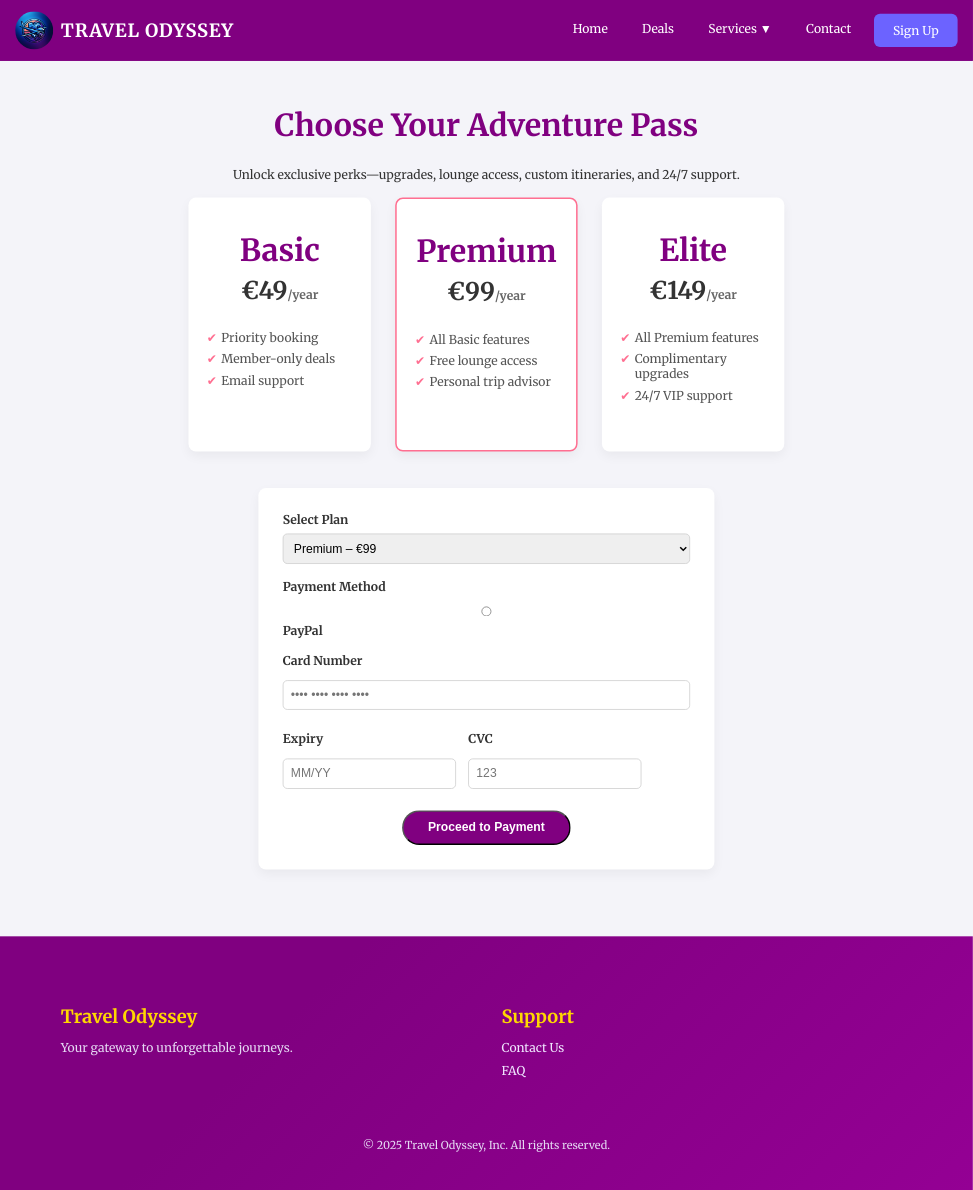
Repository: GHzPhoenix/Project-Odyssey
Page: Frontend/membership.html
An editor plug-in stored every save of this project. The page is shown before and after the next save, followed by the edit.
The browser window is 1280 px wide. The pictures show the whole page, at 76% of full size.

Above is the page before, as saved 2025-06-09 11:53:42.

### Frontend/membership.html
<!DOCTYPE html>
<html lang="en">
  <head>
    <meta charset="UTF-8" />
    <meta name="viewport" content="width=device-width, initial-scale=1.0" />
    <title>Membership – Travel Odyssey</title>

    <link rel="stylesheet" href="/Frontend/css/style.css" />
    <link rel="stylesheet" href="/Frontend/css/membership.css" />
    <link
      href="https://fonts.googleapis.com/css2?family=Merriweather:wght@300;400;700&display=swap"
      rel="stylesheet"
    />
  </head>

  <body>
    <header>
      <nav>
        <div class="logo">
          <img src="/Frontend/assets/your-logo.png" alt="Logo" />
          Travel Odyssey
        </div>
        <button class="menu-toggle" onclick="toggleMenu()">
          <div></div>
          <div></div>
          <div></div>
        </button>
        <ul class="nav-menu">
          <li><a href="index.html">Home</a></li>
          <li><a href="deals.html">Deals</a></li>
          <li class="dropdown-parent">
            <a href="#">Services ▼</a>
            <div class="dropdown">
              <a href="membership.html" class="active">Membership</a>
              <a href="dream.html">Plan Your Trip</a>
              <a href="client-area.html">Client Area</a>
            </div>
          </li>
          <li><a href="contact.html">Contact</a></li>
          <li><a href="signup.html" class="signup-btn">Sign Up</a></li>
        </ul>
      </nav>
    </header>

    <main class="membership-page">
      <h1>Choose Your Adventure Pass</h1>
      <p class="intro">
        Unlock exclusive perks—upgrades, lounge access, custom itineraries, and
        24/7 support.
      </p>
      <br />
      <div class="plans">
        <div class="plan-card">
          <h2>Basic</h2>
          <div class="price">€49<small>/year</small></div>
          <ul>
            <li>Priority booking</li>
            <li>Member-only deals</li>
            <li>Email support</li>
          </ul>
        </div>

        <div class="plan-card featured">
          <h2>Premium</h2>
          <div class="price">€99<small>/year</small></div>
          <ul>
            <li>All Basic features</li>
            <li>Free lounge access</li>
            <li>Personal trip advisor</li>
          </ul>
        </div>

        <div class="plan-card">
          <h2>Elite</h2>
          <div class="price">€149<small>/year</small></div>
          <ul>
            <li>All Premium features</li>
            <li>Complimentary upgrades</li>
            <li>24/7 VIP support</li>
          </ul>
        </div>
      </div>

      <form id="membership-form">
        <div class="form-row">
          <label for="plan-select">Select Plan</label>
          <select id="plan-select" required>
            <option value="Basic">Basic – €49</option>
            <option value="Premium" selected>Premium – €99</option>
            <option value="Elite">Elite – €149</option>
          </select>
        </div>

        <div class="form-row">
          <p>Payment Method</p>
          <label
            ><input type="radio" name="method" value="paypal" /> PayPal</label
          >
        </div>

        <div id="card-fields">
          <div class="form-row">
            <label for="cc-number">Card Number</label>
            <input
              type="text"
              id="cc-number"
              placeholder="•••• •••• •••• ••••"
              required
            />
          </div>
          <div class="form-row two-cols">
            <div>
              <label for="cc-expiry">Expiry</label>
              <input type="text" id="cc-expiry" placeholder="MM/YY" required />
            </div>
            <div>
              <label for="cc-cvc">CVC</label>
              <input type="text" id="cc-cvc" placeholder="123" required />
            </div>
          </div>
        </div>

        <button type="submit" class="join-btn">Proceed to Payment</button>
      </form>
    </main>

    <footer class="footer">
      <div class="footer-container">
        <div class="footer-section">
          <h3>Travel Odyssey</h3>
          <p>Your gateway to unforgettable journeys.</p>
        </div>
        <div class="footer-section">
          <h3>Support</h3>
          <ul>
            <li><a href="contact.html">Contact Us</a></li>
            <li><a href="faq.html">FAQ</a></li>
          </ul>
        </div>
      </div>
      <div class="footer-bottom">
        © 2025 Travel Odyssey, Inc. All rights reserved.
      </div>
    </footer>

    <script>
      function toggleMenu() {
        document.querySelector(".nav-menu").classList.toggle("active");
      }

      document
        .getElementById("membership-form")
        .addEventListener("submit", (e) => {
          e.preventDefault();
          alert("Payment successful! Redirecting to your client area…");
          window.location.href = "client-area.html";
        });
    </script>
  </body>
</html>

### Frontend/css/membership.css
@import url("https://fonts.googleapis.com/css2?family=Merriweather:wght@300;400;700&display=swap");

:root {
  --primary: purple;
  --accent: #ff6f91;
  --text-dark: #333;
  --bg-light: #f4f4f9;
  --white: #fff;
}

* {
  box-sizing: border-box;
  margin: 0;
  padding: 0;
}

body {
  font-family: "Merriweather", serif;
  background: var(--bg-light);
  color: var(--text-dark);
}

main.membership-section {
  padding: 60px 20px;
  max-width: 1200px;
  margin: 0 auto;
  text-align: center;
}

.section-title {
  font-size: 2.4rem;
  margin-bottom: 1.5rem;
  font-weight: 700;
  color: var(--primary);
}

.membership-grid {
  display: grid;
  grid-template-columns: repeat(auto-fit, minmax(280px, 1fr));
  gap: 2rem;
  margin-bottom: 3rem;
}

.membership-card {
  background: var(--white);
  border-radius: 12px;
  padding: 2rem;
  box-shadow: 0 8px 20px rgba(0, 0, 0, 0.05);
  transition: transform 0.3s, box-shadow 0.3s;
  display: flex;
  flex-direction: column;
  align-items: center;
}

.membership-card:hover {
  transform: translateY(-8px);
  box-shadow: 0 12px 30px rgba(0, 0, 0, 0.1);
}

.icon {
  font-size: 3rem;
  color: var(--primary);
  margin-bottom: 1rem;
}

.membership-card h3 {
  font-size: 1.5rem;
  margin-bottom: 0.75rem;
  color: var(--text-dark);
}

.membership-card p {
  font-size: 1rem;
  color: #666;
  margin-bottom: 1.5rem;
  line-height: 1.5;
}

.price {
  font-size: 1.4rem;
  font-weight: 700;
  color: var(--text-dark);
  margin-bottom: 2rem;
}

.join-btn {
  background: var(--primary);
  color: var(--white);
  padding: 0.75rem 2rem;
  border-radius: 25px;
  font-size: 1rem;
  font-weight: 700;
  text-decoration: none;
  transition: background 0.3s, transform 0.2s;
}

.join-btn:hover {
  background: var(--accent);
  transform: translateY(-2px);
}

.plans {
  display: flex;
  flex-wrap: wrap;
  gap: 2rem;
  justify-content: center;
  margin-bottom: 3rem;
}

.plan-card {
  background: var(--white);
  border-radius: 10px;
  box-shadow: 0 6px 16px rgba(0, 0, 0, 0.05);
  flex: 1 1 220px;
  max-width: 240px;
  padding: 1.5rem;
  display: flex;
  flex-direction: column;
  align-items: center;
  transition: transform 0.3s, border-color 0.3s;
}

.plan-card:hover {
  transform: translateY(-5px);
}

.plan-card.featured {
  border: 2px solid var(--accent);
}

.plan-card h2 {
  margin-bottom: 0.5rem;
  color: var(--primary);
}

.plan-card .price {
  font-size: 2rem;
  margin-bottom: 1rem;
}

.plan-card .price small {
  font-size: 1rem;
  color: #666;
}

.plan-card ul {
  list-style: none;
  width: 100%;
  margin: 1rem 0 2rem;
  padding: 0;
  text-align: left;
}

.plan-card ul li {
  margin-bottom: 0.5rem;
  position: relative;
  padding-left: 1.2rem;
  color: #555;
}

.plan-card ul li::before {
  content: "✔";
  position: absolute;
  left: 0;
  color: var(--accent);
}

#membership-form {
  background: var(--white);
  padding: 2rem;
  border-radius: 10px;
  box-shadow: 0 6px 16px rgba(0, 0, 0, 0.05);
  max-width: 600px;
  margin: 0 auto 3rem;
}

.form-row {
  margin-bottom: 1.25rem;
  text-align: left;
}

.form-row label {
  display: block;
  margin-bottom: 0.5rem;
  font-weight: 600;
  color: var(--text-dark);
}

.form-row select,
.form-row input[type="text"] {
  width: 100%;
  padding: 0.6rem;
  border: 1px solid #ccc;
  border-radius: 6px;
  font-size: 1rem;
}

.form-row p {
  margin-bottom: 0.5rem;
  font-weight: 600;
}

.form-row.two-cols {
  display: flex;
  gap: 1rem;
}

#card-fields {
  margin-top: 1rem;
}

@media (max-width: 768px) {
  .membership-grid,
  .plans {
    flex-direction: column;
    grid-template-columns: 1fr;
    align-items: center;
  }
}

Loaded but not shown: Frontend/css/style.css (1245 lines, source omitted)

After the next save:
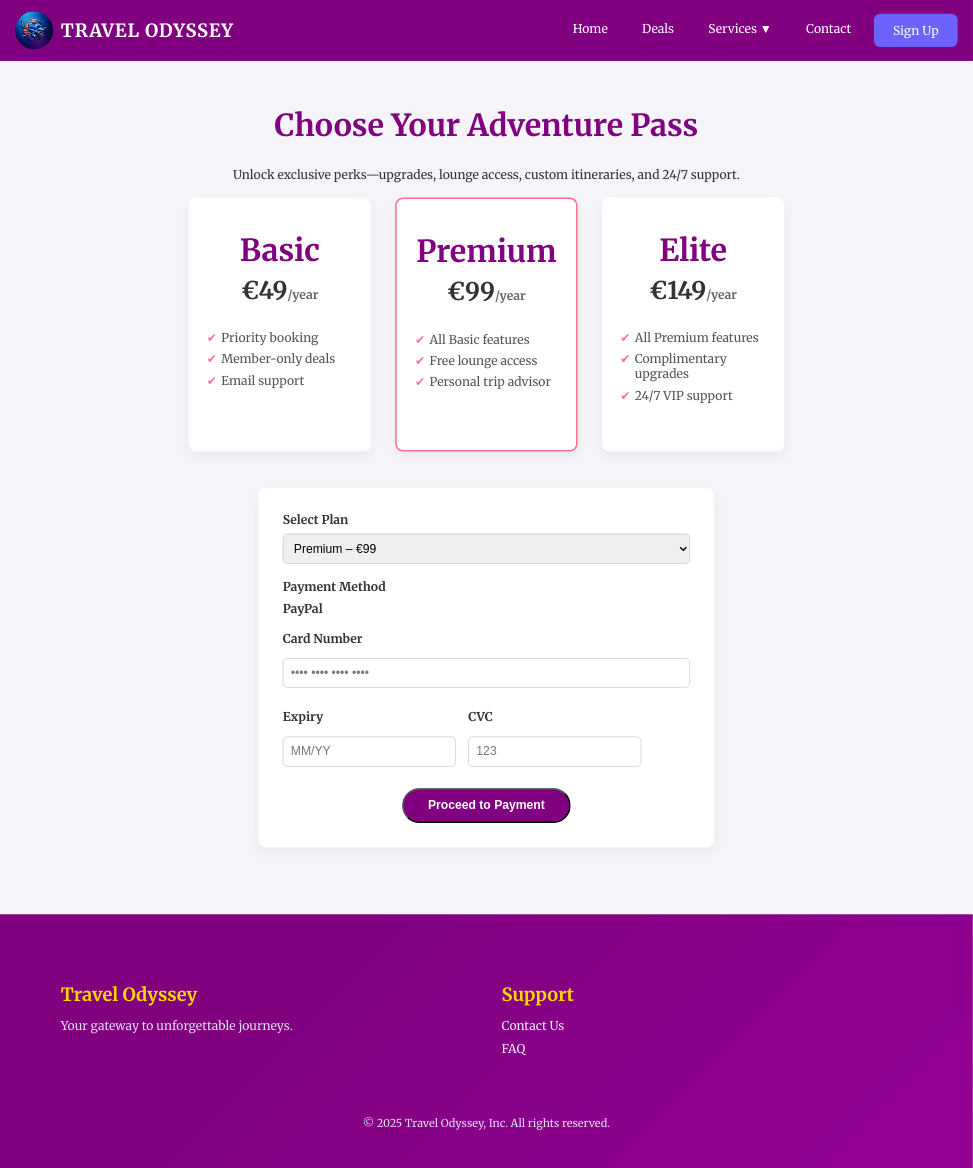
Saved 18 s later.
--- a/Frontend/membership.html
+++ b/Frontend/membership.html
@@ -93,9 +93,7 @@
 
         <div class="form-row">
           <p>Payment Method</p>
-          <label
-            ><input type="radio" name="method" value="paypal" /> PayPal</label
-          >
+          <label> PayPal</label>
         </div>
 
         <div id="card-fields">
